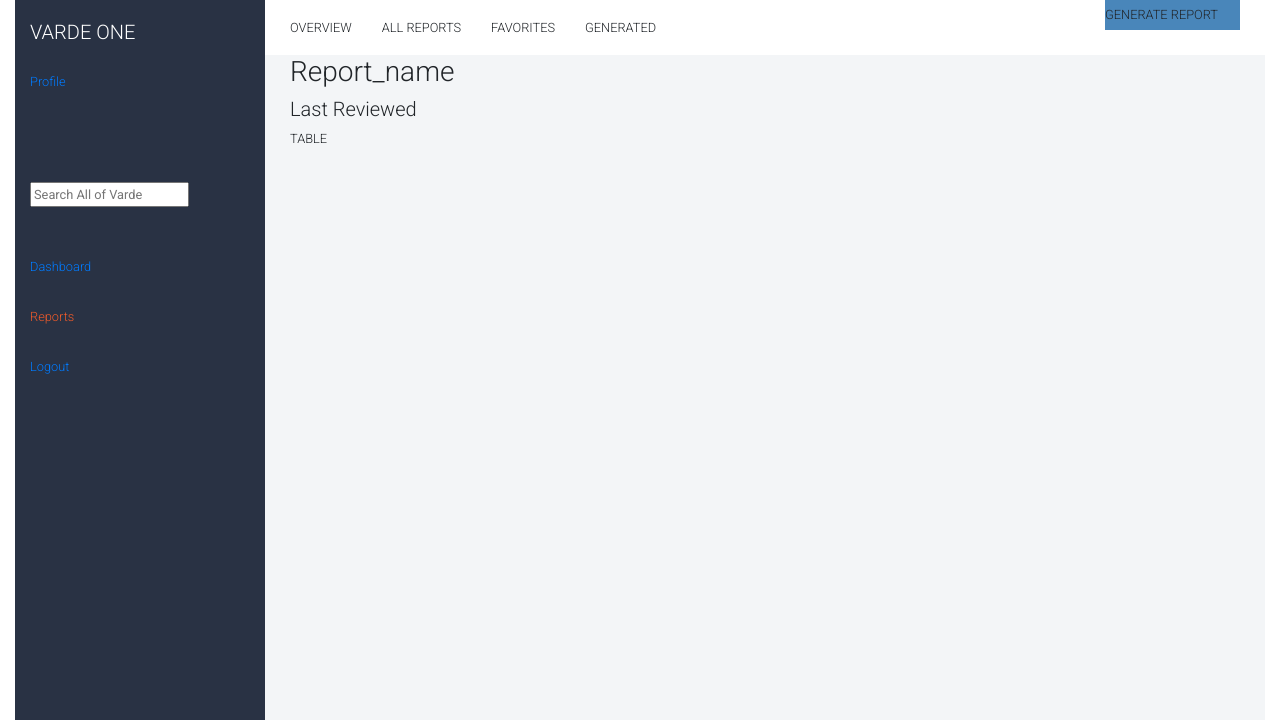
Repository: slavishtipkov/cra-redux
Page: /reports
These files come from the project's save history. The page is drawn as it stood at one moment and after the next save; the edit follows.
The browser window is 1280 px wide. The pictures show the whole page.
The project was rebuilt for these pictures with package versions that can differ from the ones it lists, and the page was loaded fresh each time.

Above is the page before, as saved 2019-07-09 14:09:01.

After the next save:
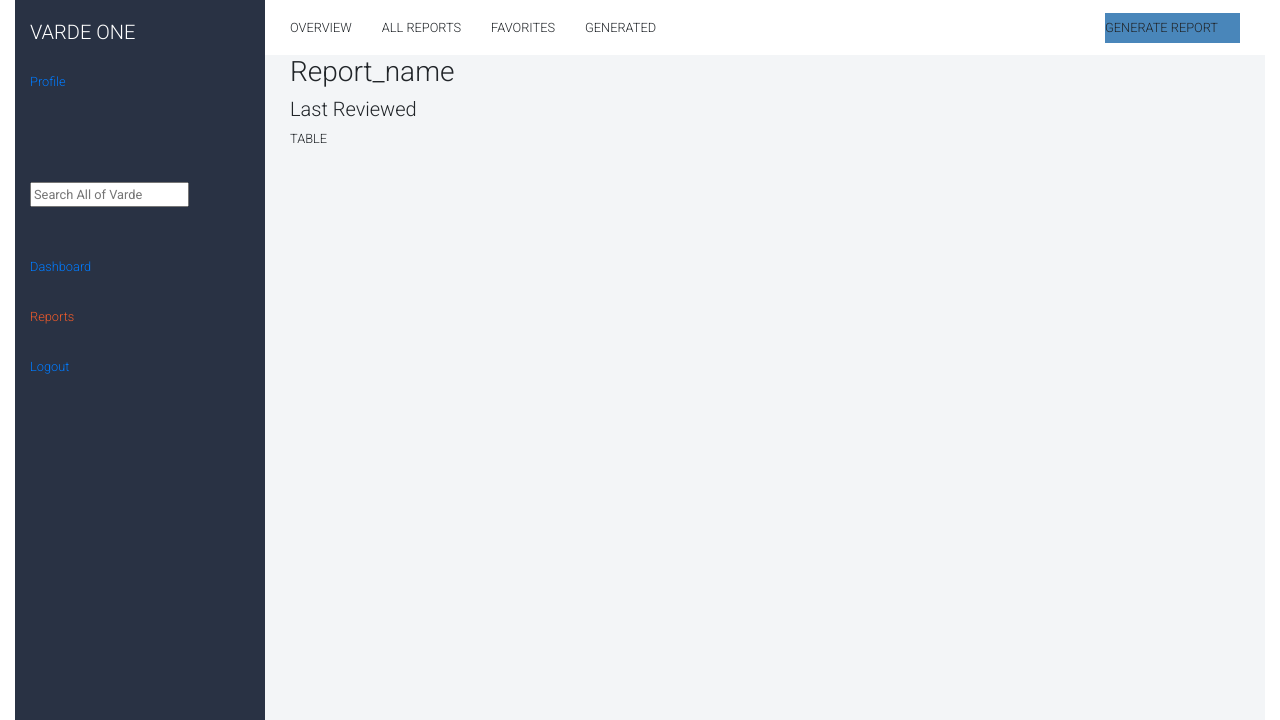
Saved 28 s later.
--- a/src/Components/App/App.scss
+++ b/src/Components/App/App.scss
@@ -34,12 +34,16 @@
           }
         }
 
-        .generate-button {
-          margin-right: 25px;
-          height: 30px;
-          width: 135px;
-          background-color: #4986ba;
-          line-height: 30px;
+        .generate-report-wrapper {
+          align-content: center;
+
+          .generate-button {
+            margin-right: 25px;
+            height: 30px;
+            width: 135px;
+            background-color: #4986ba;
+            line-height: 30px;
+          }
         }
       }
       .page-header-content {

After the save that followed:
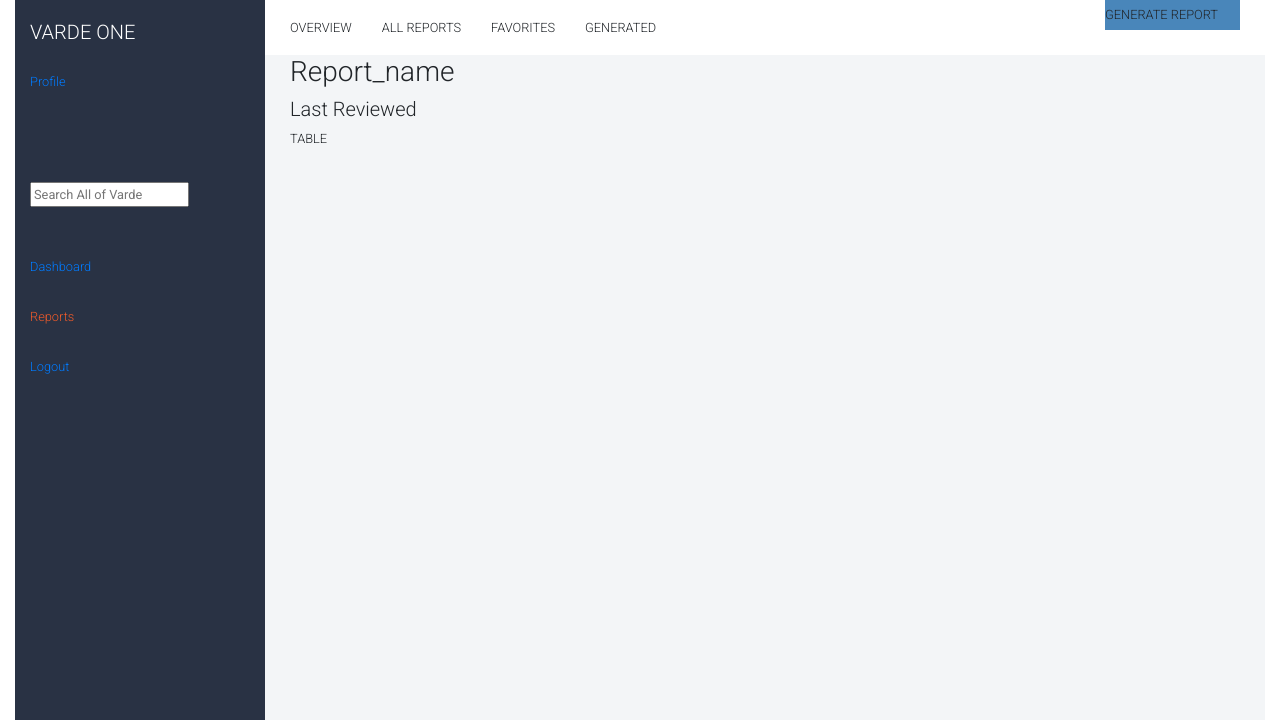
Saved 9 s later.
--- a/src/Components/App/App.scss
+++ b/src/Components/App/App.scss
@@ -35,7 +35,7 @@
         }
 
         .generate-report-wrapper {
-          align-content: center;
+          align-items: center;
 
           .generate-button {
             margin-right: 25px;
